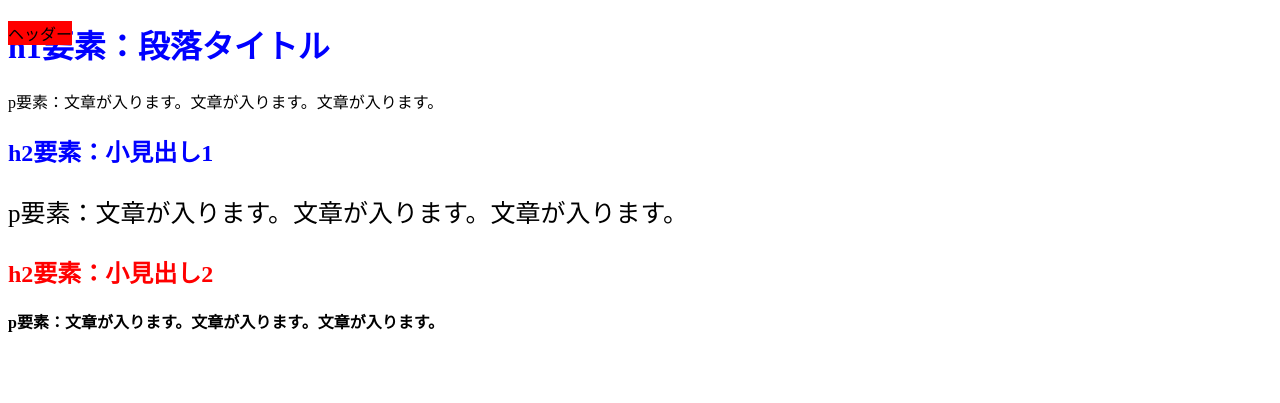
Repository: royal3773/samurai_HTML-CSS
Page: index.html
The author's editor kept a record of every edit. The page is drawn from the files as they stood at one moment, then again after the next edit.
The browser window is 1280 px wide. The pictures show the whole page.

Above is the page before.

### index.html
<!DOCTYPE html>
<html lang="ja">
  <head>
    <meta charset="UTF-8">
    <title>HTML/CSSの学習</title>
    <link rel="stylesheet" href="stylesheet.css">
    <style>
      header{
        background-color: red;
        position: fixed;
      }
      foother {
        background-color: blue;
      }
    </style>
  </head>
  <body>
    <header>ヘッダー</header>

    <h1 class="blue">h1要素：段落タイトル</h1>
    <p>p要素：文章が入ります。文章が入ります。文章が入ります。</p>
    <h2 class="blue">h2要素：小見出し1</h2>
    <p class="fs-25">
      p要素：文章が入ります。文章が入ります。文章が入ります。
    </p>
    <h2 id="red">h2要素：小見出し2</h2>
    <p class="fw-bold">
      p要素：文章が入ります。文章が入ります。文章が入ります。
    </p>
  </body>
 </html>

### stylesheet.css
@charset"utf-8";

#red {
  color: red;
}
.blue {
  color: blue;
}
.fs-25 {
  font-size: 25px;
}
.fw-bold {
  font-weight: bold;
}

After the next edit:
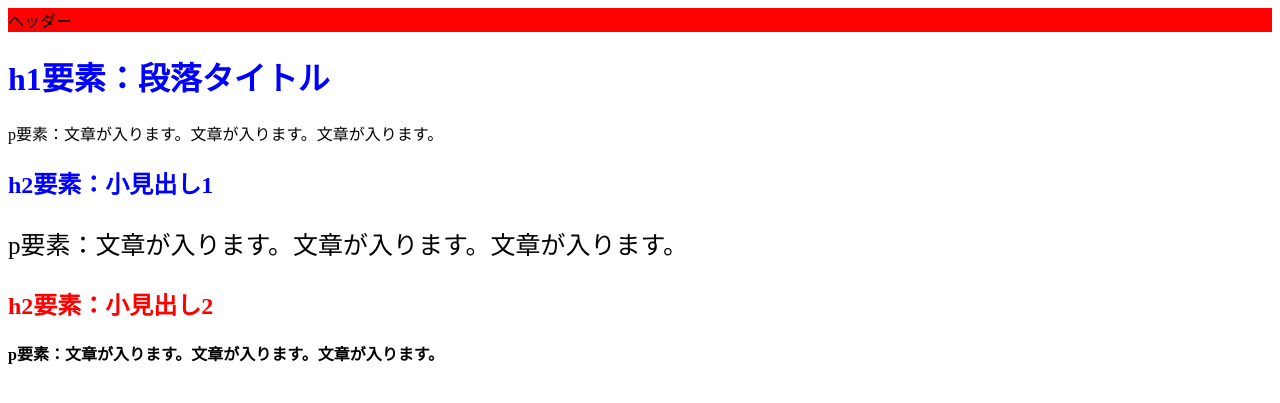
The edit:
--- a/index.html
+++ b/index.html
@@ -7,9 +7,8 @@
     <style>
       header{
         background-color: red;
-        position: fixed;
       }
-      foother {
+      footer {
         background-color: blue;
       }
     </style>
